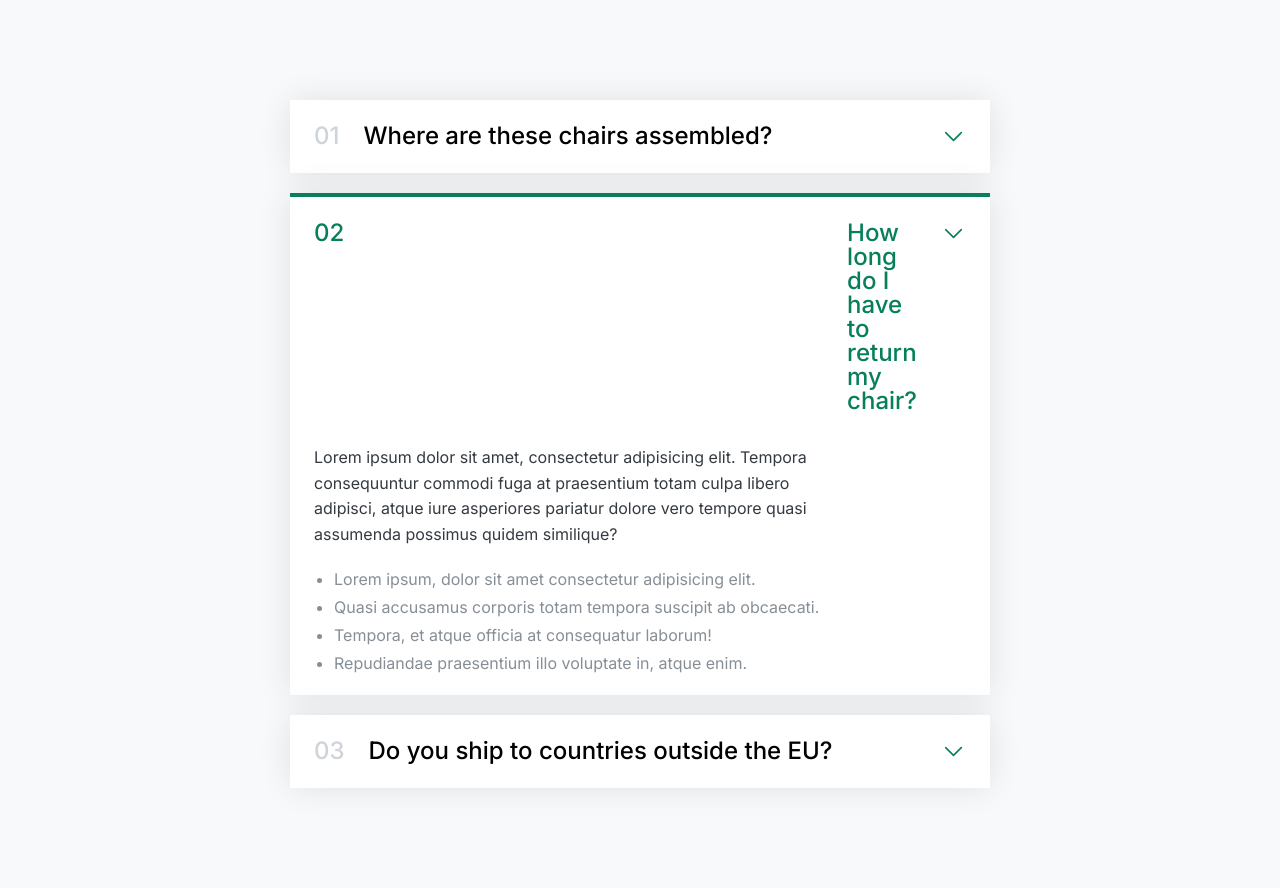
Repository: Ahmed123rezk123/06-Components
Page: accordion.html
The author's editor kept a copy of each file at every save. The page is drawn from the files as they stood at one save, then again after the next save.
The browser window is 1280 px wide. The pictures show the whole page.

Above is the page before, as saved 2024-09-16 03:10:21.

After the next save:
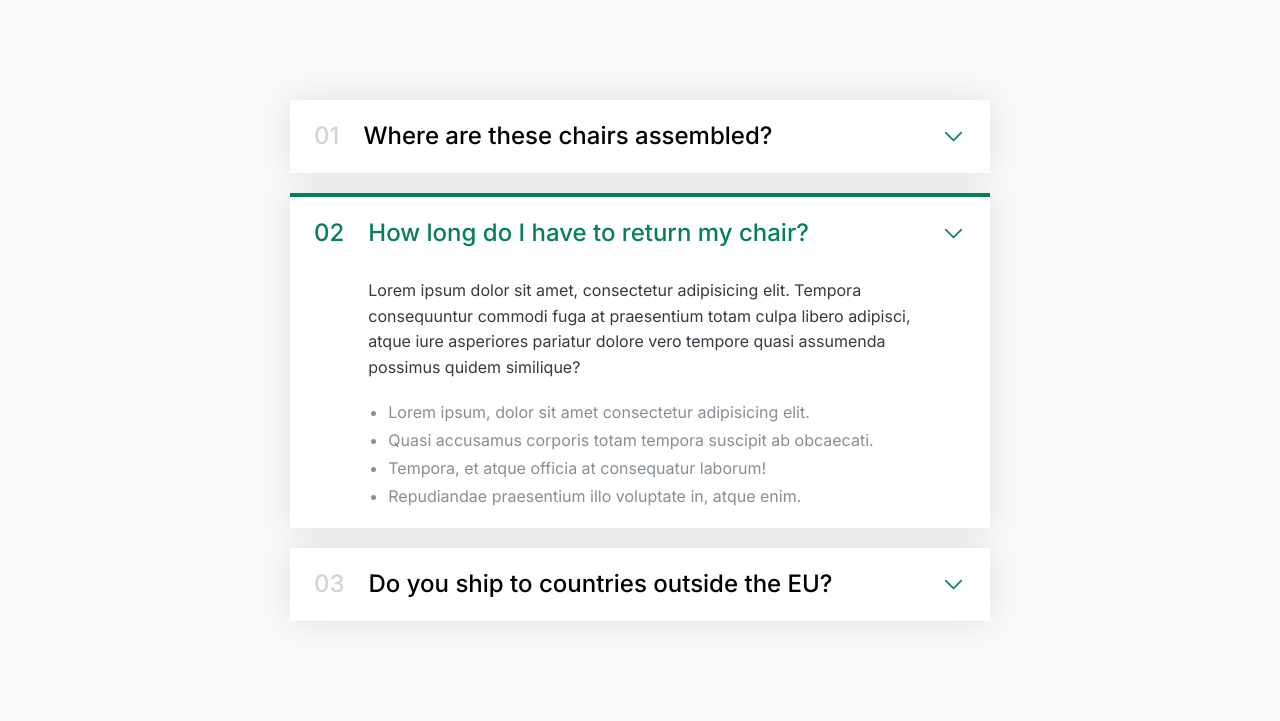
Saved 6 s later.
--- a/accordion.css
+++ b/accordion.css
@@ -49,7 +49,7 @@ body {
   color: #087f5b;
 }
 .hidden-box {
-  colu
+  grid-column: 2;
 }
 .hidden-box p {
   line-height: 1.6;
